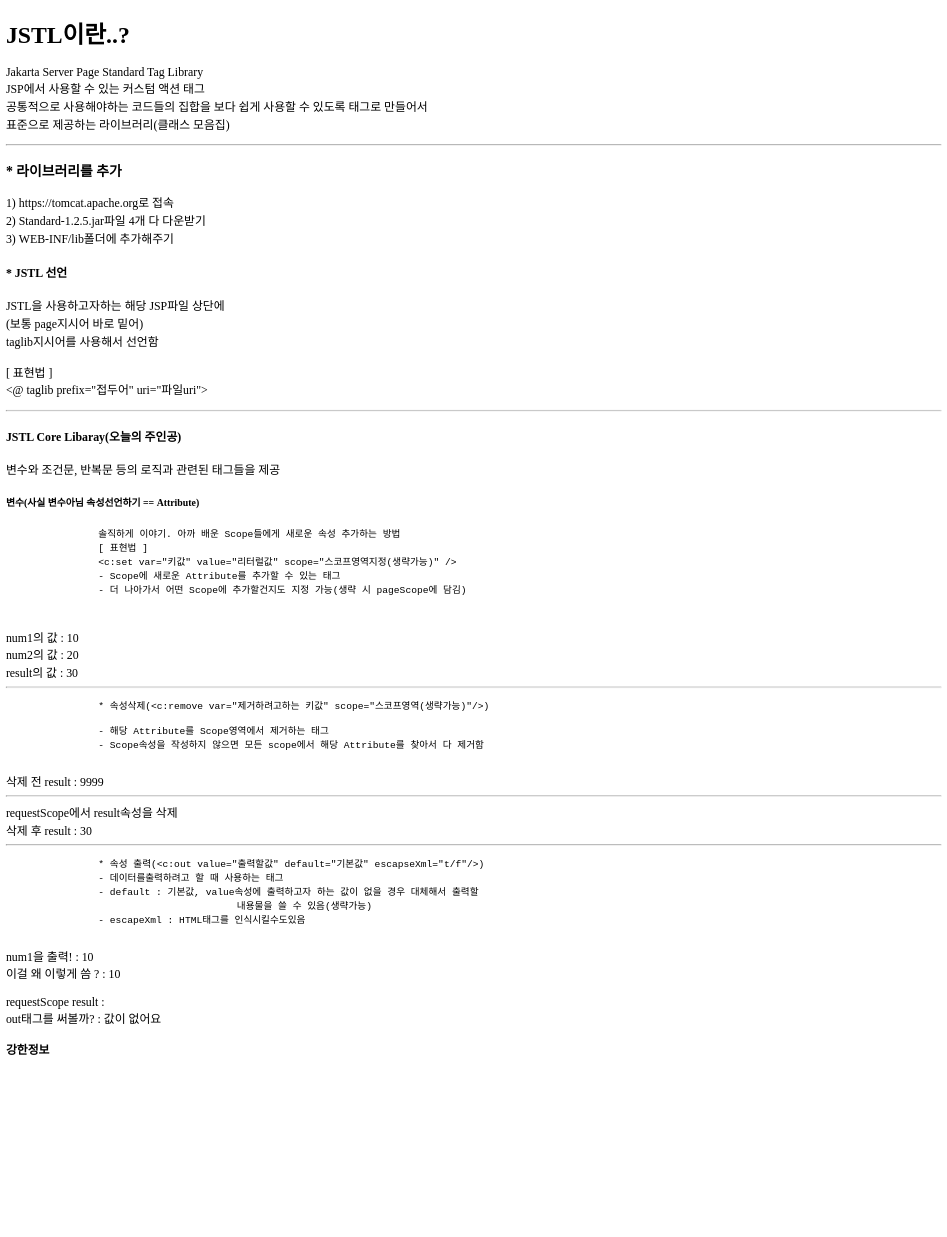
Repository: dltbxkfm86-creator/web
Page: http://localhost/Action/jstl.do
These files come from the project's save history. The page is drawn as it stood at one moment and after the next save; the edit follows.
The browser window is 1280 px wide. The pictures show the whole page, at 74% of full size.
The page is served by Tomcat 9. Other server files are loaded and not shown.

Above is the page before, as saved 2025-09-25 00:34:33.

### Action/src/main/webapp/WEB-INF/views/customaction/JSTL.jsp
<%@ page language="java" contentType="text/html; charset=UTF-8"
    pageEncoding="UTF-8"%>
<%@ taglib prefix="c" uri="http://java.sun.com/jsp/jstl/core" %>
<!--
	URI(Uniform Resource Identifier)
	식별자 - 고유한 이름(PK) -> 실제 위치가 아니라 논리적인 식별값

	URL(Uniform Resource Locator)
	위치정보 -> 실제 파일의 경로나 웹 주소
 -->
<!DOCTYPE html>
<html>
<head>
<meta charset="UTF-8">
<title>자신과의 싸움</title>
</head>
<body>
	<h1>JSTL이란..?</h1>

	<p>
		Jakarta Server Page Standard Tag Library <br>
		JSP에서 사용할 수 있는 커스텀 액션 태그 <br>
		공통적으로 사용해야하는 코드들의 집합을 보다 쉽게 사용할 수 있도록 태그로 만들어서 <br>
		표준으로 제공하는 라이브러리(클래스 모음집)
	</p>

	<hr>

	<h3>* 라이브러리를 추가</h3>

	1) https://tomcat.apache.org로 접속 <br>
	2) Standard-1.2.5.jar파일 4개 다 다운받기 <br>
	3) WEB-INF/lib폴더에 추가해주기 <br>

	<h4>* JSTL 선언</h4>

	<p>
		JSTL을 사용하고자하는 해당 JSP파일 상단에 <br>
		(보통 page지시어 바로 밑어) <br>
		taglib지시어를 사용해서 선언함 <br><br>

		[ 표현법 ]<br>
		&lt;@ taglib prefix="접두어" uri="파일uri">
	</p>

	<hr>

	<h4>JSTL Core Libaray(오늘의 주인공)</h4>

	<p>
		변수와 조건문, 반복문 등의 로직과 관련된 태그들을 제공
	</p>

	<h5>변수(사실 변수아님 속성선언하기 == Attribute)</h5>

	<pre>
		솔직하게 이야기. 아까 배운 Scope들에게 새로운 속성 추가하는 방법
		[ 표현법 ]
		&lt;c:set var="키값" value="리터럴값" scope="스코프영역지정(생략가능)" />
		- Scope에 새로운 Attribute를 추가할 수 있는 태그
		- 더 나아가서 어떤 Scope에 추가할건지도 지정 가능(생략 시 pageScope에 담김)

	</pre>
	<%
		request.setAttribute("num1", 10);
	%>

	<c:set var="num1" value="10" />
	<c:set var="num2" value="20" scope="request"/>
	<c:set var="result" value="${ num1 + num2 }" scope="session" />

	num1의 값 : ${ num1 } <br>
	num2의 값 : ${ num2 } <br>
	result의 값 : ${ result } <br>

	<c:set var="result" scope="request">9999</c:set>
	<!--  value속성 말고 시작태그와 종료태그 사이에도 대입할 값을 기술할 수 있음 -->

	<hr>

	<pre>
		* 속성삭제(&lt;c:remove var="제거하려고하는 키값" scope="스코프영역(생략가능)"/>)

		- 해당 Attribute를 Scope영역에서 제거하는 태그
		- Scope속성을 작성하지 않으면 모든 scope에서 해당 Attribute를 찾아서 다 제거함
	</pre>

	삭제 전 result : ${ result } <br>

	<hr>

	requestScope에서 result속성을 삭제 <br>
	<c:remove var="result" scope="request"/>

	삭제 후 result : ${ result } <br>

	<hr>

	<pre>
		* 속성 출력(&lt;c:out value="출력할값" default="기본값" escapseXml="t/f"/>)
		- 데이터를출력하려고 할 때 사용하는 태그
		- default : 기본값, value속성에 출력하고자 하는 값이 없을 경우 대체해서 출력할
					내용물을 쓸 수 있음(생략가능)
		- escapeXml : HTML태그를 인식시킬수도있음
	</pre>

	num1을 출력! : <c:out value="${ num1 }" /> <br>
	이걸 왜 이렇게 씀 ? : ${ num1 } <br>

	<br>

	requestScope result : ${ requestScope.result } <br>
	out태그를 써볼까? : <c:out value="${ requestScope.result }" default="값이 없어요" />

	<br>

	<c:set var="outStr" value="<strong>강한정보</strong>"/>
	<br>
	${ outStr } <br>









	<br><br><br><br><br><br><br><br><br><br><br><br><br>
</body>
</html>

### Action/src/main/java/com/kh/el/controller/JstlServlet.java
package com.kh.el.controller;

import java.io.IOException;
import javax.servlet.ServletException;
import javax.servlet.annotation.WebServlet;
import javax.servlet.http.HttpServlet;
import javax.servlet.http.HttpServletRequest;
import javax.servlet.http.HttpServletResponse;

@WebServlet("/jstl.do")
public class JstlServlet extends HttpServlet {
	private static final long serialVersionUID = 1L;

    public JstlServlet() {
        super();
    }

	protected void doGet(HttpServletRequest request, HttpServletResponse response) throws ServletException, IOException {
		request.getRequestDispatcher("WEB-INF/views/customaction/JSTL.jsp")
			   .forward(request, response);
	}

	/**
	 * @see HttpServlet#doPost(HttpServletRequest request, HttpServletResponse response)
	 */
	protected void doPost(HttpServletRequest request, HttpServletResponse response) throws ServletException, IOException {
		// TODO Auto-generated method stub
		doGet(request, response);
	}

}

After the next save:
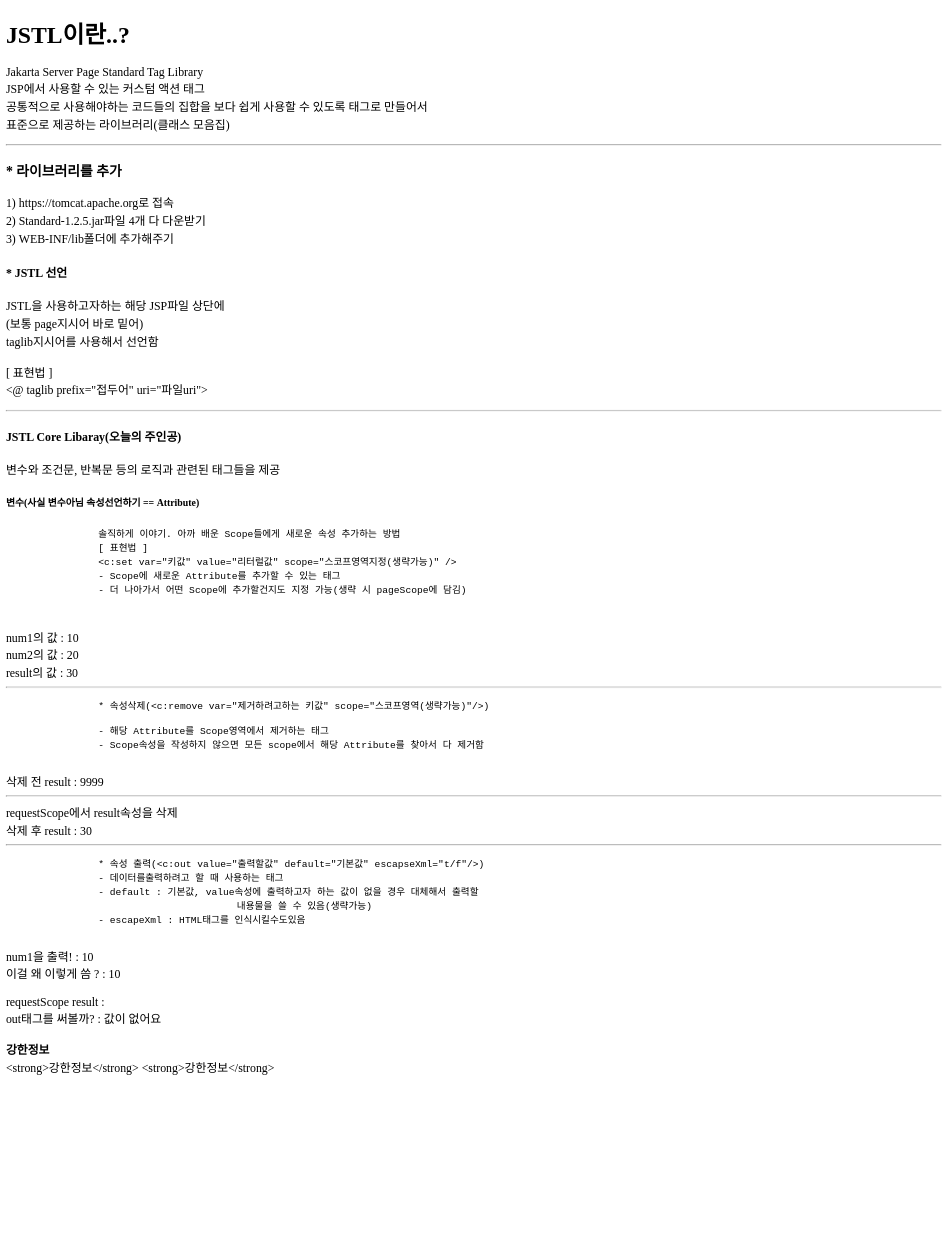
Saved 76 s later.
--- a/Action/src/main/webapp/WEB-INF/views/customaction/JSTL.jsp
+++ b/Action/src/main/webapp/WEB-INF/views/customaction/JSTL.jsp
@@ -117,7 +117,8 @@
 	<c:set var="outStr" value="<strong>강한정보</strong>"/>
 	<br>
 	${ outStr } <br>
-
+	<c:out value="${ outStr }" />
+	&lt;strong>강한정보&lt;/strong>
 
 
 
